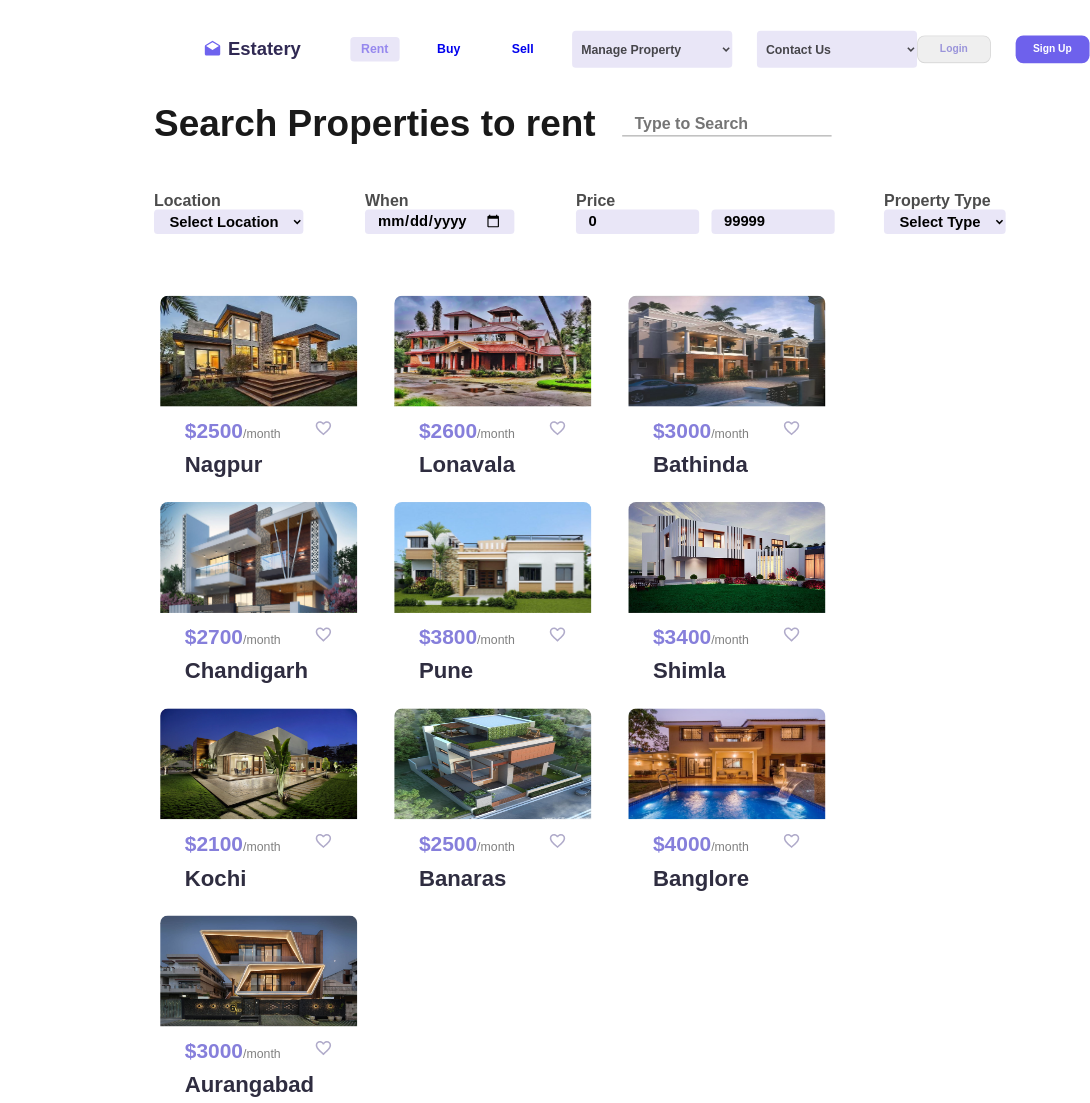
Repository: kapil4457/Reunion-Internship-Assignment
Page: /
The author's editor kept a copy of each file at every save. The page is drawn from the files as they stood at one save, then again after the next save.
The browser window is 1280 px wide. The page is 1415 px wide, so the pictures cover 1415 px, including what lies to the right of the window. The pictures show the whole page, at 77% of full size.
The project was rebuilt for these pictures with package versions that can differ from the ones it lists, and the page was loaded fresh each time. Also part of the build but not shown: src/App.css.

Above is the page before, as saved 2022-10-07 18:34:16.

After the next save:
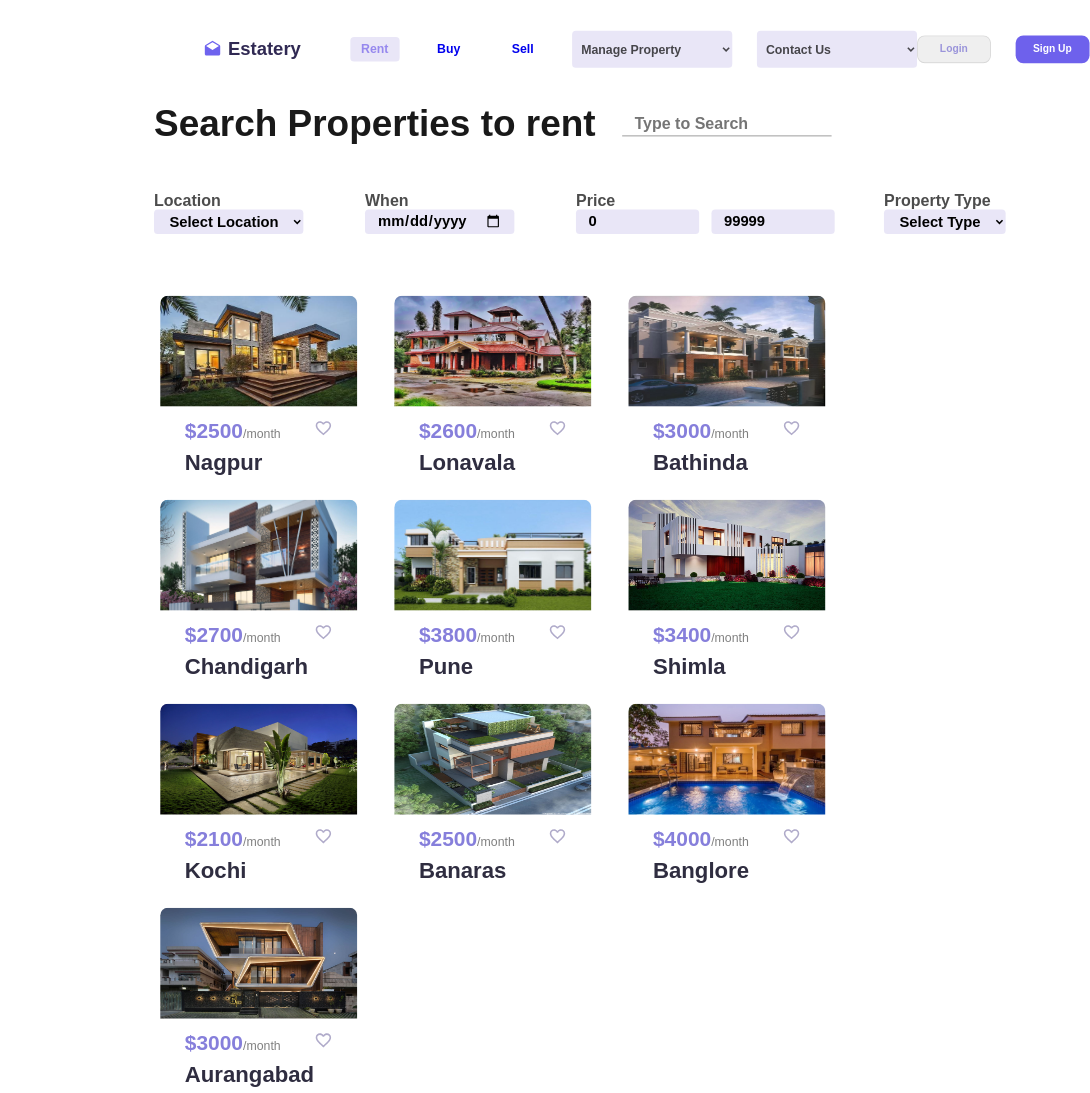
Saved 8 s later.
--- a/src/components/RentCard/RentCard.css
+++ b/src/components/RentCard/RentCard.css
@@ -36,7 +36,7 @@ height:100%;
 }
 
 .rent-card-name{
-    padding:0.7rem 0 0 0 ;
+    padding:0.5rem 0 0 0 ;
     font-weight:670;
     color:rgb(47,45,64);
     font-size:1.8rem;
